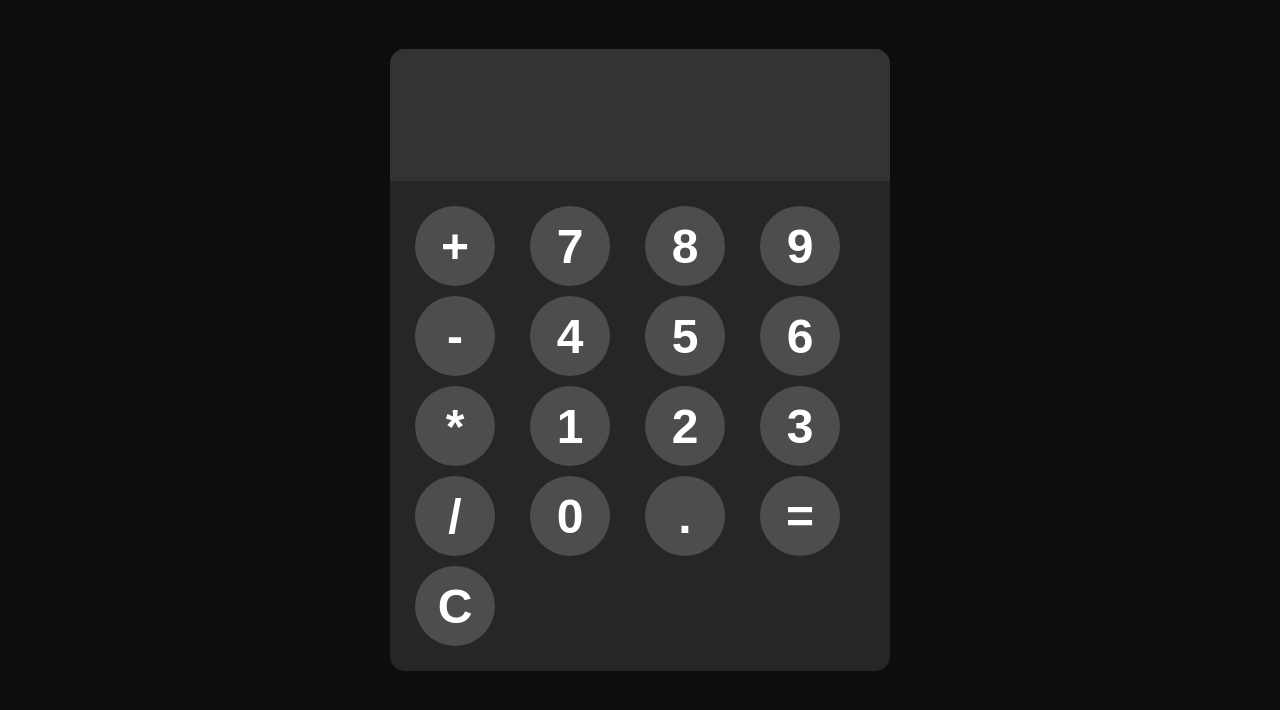
Repository: Haakim19/JavaScript
Page: Calculater/Main.html
These files come from the project's save history. The page is drawn as it stood at one moment and after the next save; the edit follows.
The browser window is 1280 px wide. The pictures show the whole page.
The pointer rests on the first visible `button`.

Above is the page before, as saved 2024-10-22 21:51:46.

After the next save:
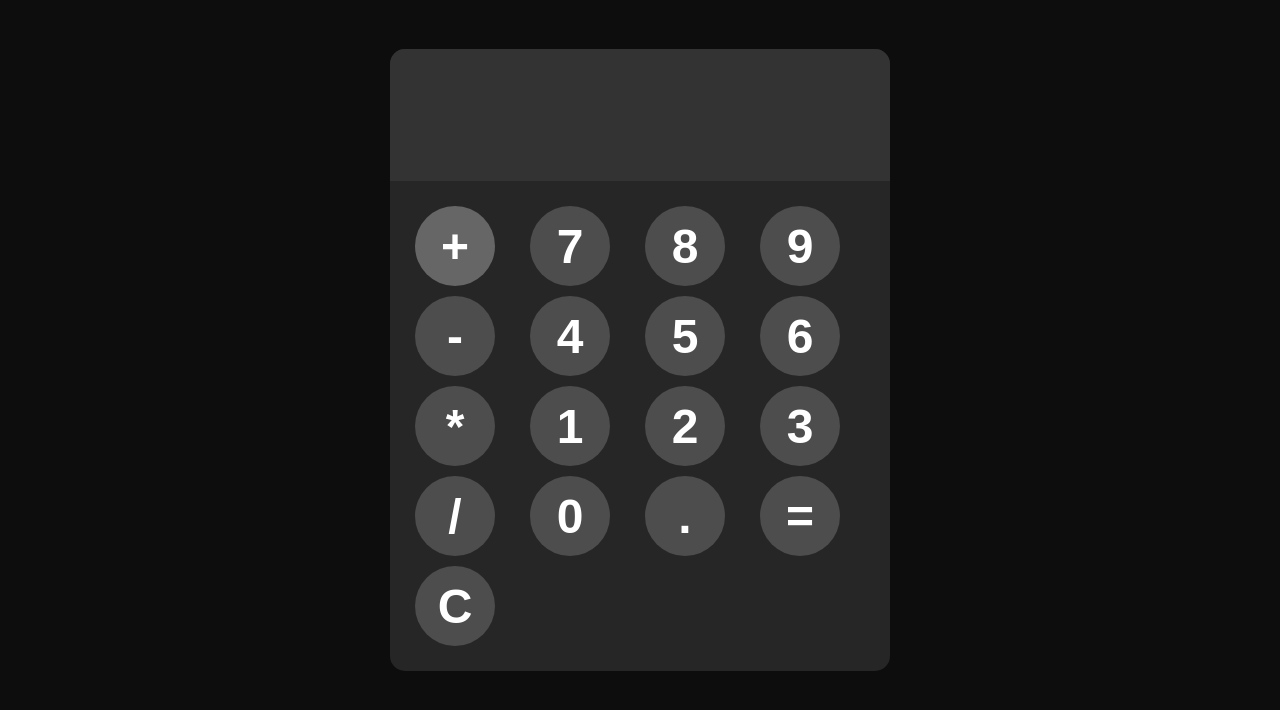
Saved 31 s later.
--- a/Calculater/Main.css
+++ b/Calculater/Main.css
@@ -40,3 +40,6 @@ button{
     font-weight: bold;
     cursor: pointer;
 }
+button:hover{
+    background-color: hsl(0, 0%, 40%);
+}
